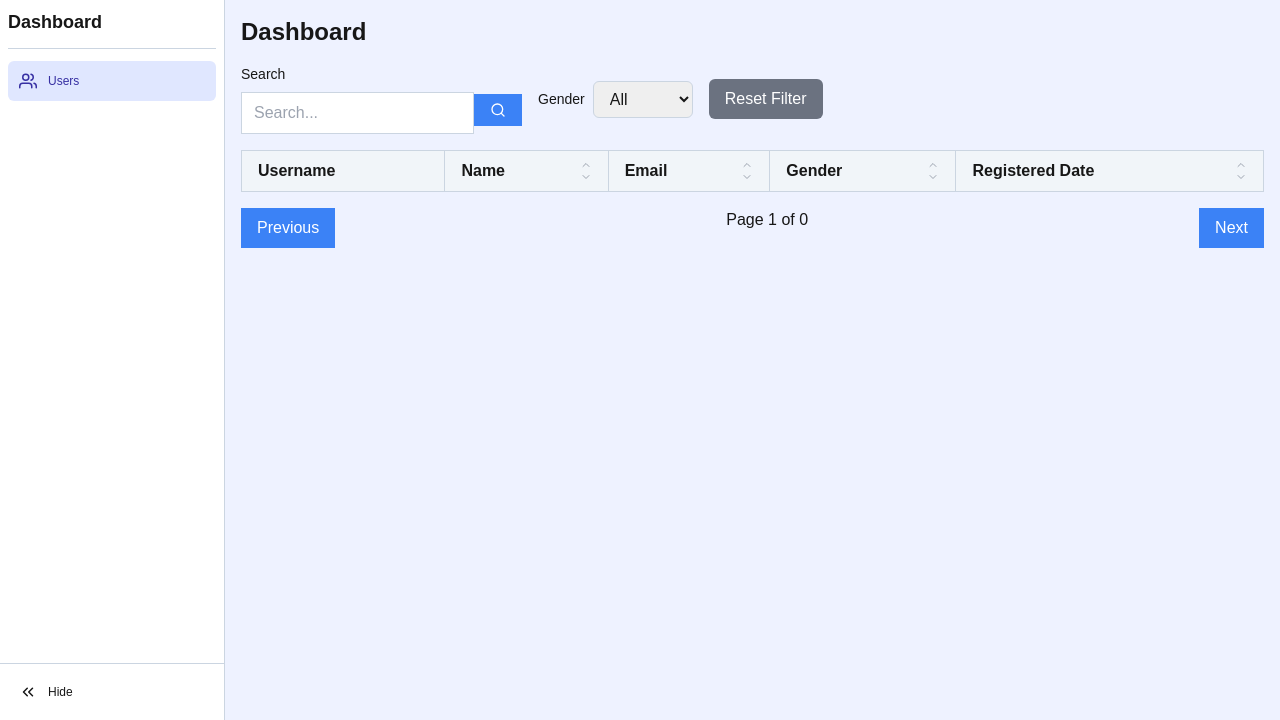
Repository: Ademaulana100499/userdashboard
Page: /
The author's editor kept a copy of each file at every save. The page is drawn from the files as they stood at one save, then again after the next save.
The browser window is 1280 px wide. The pictures show the whole page.
The page's requests for data from a server got no answer. The project was rebuilt for these pictures with package versions that can differ from the ones it lists, and the page was loaded fresh each time. The framework's server and built-in components were replaced by stand-ins that run in the browser. No one was signed in, and anything a server would have sent is missing. Also part of the build but not shown: next.config.mjs.

Above is the page before, as saved 2025-02-14 21:53:40.

### src/pages/index.js
import React from "react";
import Sidebar from "@/components/Sidebar";
import DashboardContent from "@/components/DashboardContent";
const Dashboard = () => {
  return (
    <div className="flex bg-indigo-50">
      <Sidebar />
      <DashboardContent />
    </div>
  );
};

export default Dashboard;

### src/components/Sidebar.jsx
import React, { useState } from "react";
import { FiChevronsRight, FiUsers } from "react-icons/fi";
import { motion } from "framer-motion";
const Sidebar = () => {
  const [open, setOpen] = useState(true);
  const [selected, setSelected] = useState("Users");

  return (
    <motion.nav
      layout
      className="sticky top-0 h-screen shrink-0 border-r border-slate-300 bg-white p-2"
      style={{
        width: open ? "225px" : "fit-content",
      }}>
      <TitleSection open={open} />

      <div className="space-y-1">
        <Option
          Icon={FiUsers}
          title="Users"
          selected={selected}
          setSelected={setSelected}
          open={open}
        />
      </div>

      <ToggleClose open={open} setOpen={setOpen} />
    </motion.nav>
  );
};

const Option = ({ Icon, title, selected, setSelected, open, notifs }) => {
  return (
    <motion.button
      layout
      onClick={() => setSelected(title)}
      className={`relative flex h-10 w-full items-center rounded-md transition-colors ${
        selected === title
          ? "bg-indigo-100 text-indigo-800"
          : "text-slate-500 hover:bg-slate-100"
      }`}>
      <motion.div
        layout
        className="grid h-full w-10 place-content-center text-lg">
        <Icon />
      </motion.div>
      {open && (
        <motion.span
          layout
          initial={{ opacity: 0, y: 12 }}
          animate={{ opacity: 1, y: 0 }}
          transition={{ delay: 0.125 }}
          className="text-xs font-medium">
          {title}
        </motion.span>
      )}

      {notifs && open && (
        <motion.span
          initial={{ scale: 0, opacity: 0 }}
          animate={{
            opacity: 1,
            scale: 1,
          }}
          style={{ y: "-50%" }}
          transition={{ delay: 0.5 }}
          className="absolute right-2 top-1/2 size-4 rounded bg-indigo-500 text-xs text-white">
          {notifs}
        </motion.span>
      )}
    </motion.button>
  );
};

const TitleSection = ({ open }) => {
  return (
    <div className="mb-3 border-b border-slate-300 pb-3">
      <div className="flex cursor-pointer items-center justify-between rounded-md transition-colors hover:bg-slate-100">
        <div className="flex justify-center items-center">
          {open && (
            <motion.div
              layout
              initial={{ opacity: 0, y: 12 }}
              animate={{ opacity: 1, y: 0 }}
              transition={{ delay: 0.125 }}>
              <span className="block text-lg font-semibold">Dashboard</span>
            </motion.div>
          )}
        </div>
      </div>
    </div>
  );
};

const ToggleClose = ({ open, setOpen }) => {
  return (
    <motion.button
      layout
      onClick={() => setOpen((pv) => !pv)}
      className="absolute bottom-0 left-0 right-0 border-t border-slate-300 transition-colors hover:bg-slate-100">
      <div className="flex items-center p-2">
        <motion.div
          layout
          className="grid size-10 place-content-center text-lg">
          <FiChevronsRight
            className={`transition-transform ${open && "rotate-180"}`}
          />
        </motion.div>
        {open && (
          <motion.span
            layout
            initial={{ opacity: 0, y: 12 }}
            animate={{ opacity: 1, y: 0 }}
            transition={{ delay: 0.125 }}
            className="text-xs font-medium">
            Hide
          </motion.span>
        )}
      </div>
    </motion.button>
  );
};

export default Sidebar;

### src/components/DashboardContent.jsx
import { FiChevronUp, FiChevronDown } from "react-icons/fi";
import { useState, useEffect } from "react";
import { FiSearch } from "react-icons/fi";

const DashboardContent = () => {
  const [data, setData] = useState([]);
  const [filteredData, setFilteredData] = useState([]); // For filtered data
  const [sortConfig, setSortConfig] = useState({ key: null, direction: null });
  const [selectedGender, setSelectedGender] = useState("all"); // Gender filter state
  const [searchKeyword, setSearchKeyword] = useState(""); // For search keyword
  const [currentPage, setCurrentPage] = useState(1); // Track current page
  const itemsPerPage = 5; // Number of items to display per page

  const fetchData = async () => {
    try {
      const response = await fetch(`https://randomuser.me/api/?results=10`);
      const result = await response.json();
      setData(result.results);
      setFilteredData(result.results); // Initialize filteredData with all data
    } catch (error) {
      console.error("Error fetching data:", error);
    }
  };

  useEffect(() => {
    fetchData();
  }, []);

  const handleSort = (key) => {
    let direction = "asc";
    if (sortConfig.key === key && sortConfig.direction === "asc") {
      direction = "desc";
    }
    setSortConfig({ key, direction });

    setFilteredData((prevData) =>
      [...prevData].sort((a, b) => {
        const valueA = getNestedValue(a, key);
        const valueB = getNestedValue(b, key);

        if (valueA < valueB) return direction === "asc" ? -1 : 1;
        if (valueA > valueB) return direction === "asc" ? 1 : -1;
        return 0;
      })
    );
  };

  const handleSearch = () => {
    // Filter data based on searchKeyword only when the search button is clicked
    const filtered = data.filter((user) =>
      `${user.name.first} ${user.name.last}`
        .toLowerCase()
        .includes(searchKeyword.toLowerCase())
    );
    setFilteredData(filtered);
  };

  const handleGenderFilter = (gender) => {
    setSelectedGender(gender);
    if (gender === "all") {
      setFilteredData(data); // Show all data if "All" is selected
    } else {
      const filtered = data.filter((user) => user.gender === gender);
      setFilteredData(filtered); // Filter based on selected gender
    }
  };

  const handleResetFilter = () => {
    // Reset filters
    setSelectedGender("all");
    setSearchKeyword("");
    setFilteredData(data); // Reset filtered data to the original
  };

  const getNestedValue = (obj, path) => {
    return path
      .split(".")
      .reduce((acc, key) => (acc && acc[key] ? acc[key] : ""), obj);
  };

  const getSortIconStyle = (key) => {
    return sortConfig.key === key ? "text-black" : "text-gray-400";
  };

  // Paginate the filtered data based on the current page
  const paginateData = (data) => {
    const indexOfLastItem = currentPage * itemsPerPage;
    const indexOfFirstItem = indexOfLastItem - itemsPerPage;
    return data.slice(indexOfFirstItem, indexOfLastItem);
  };

  // Handle page change
  const handlePageChange = (page) => {
    setCurrentPage(page);
  };

  // Calculate total pages based on filtered data
  const totalPages = Math.ceil(filteredData.length / itemsPerPage);

  return (
    <div className="flex-1 p-4">
      <h1 className="text-2xl font-semibold mb-4">Dashboard</h1>
      <div className="flex gap-4 items-center mb-4">
        {/* Search */}
        <div className="flex flex-col  gap-2">
          <label htmlFor="search" className="text-sm">
            Search
          </label>
          <div>
            <input
              type="text"
              id="search"
              value={searchKeyword}
              onChange={(e) => setSearchKeyword(e.target.value)} // Update search keyword
              placeholder="Search..."
              className="border border-slate-300 px-3 py-2"
            />
            <button
              type="button"
              onClick={handleSearch}
              className="bg-blue-500 text-white px-4 py-2  hover:bg-blue-600">
              <FiSearch />
            </button>
          </div>
        </div>

        {/* Gender Filter */}
        <div className="flex items-center gap-2">
          <label htmlFor="gender" className="text-sm">
            Gender
          </label>
          <select
            name="gender"
            id="gender"
            value={selectedGender}
            onChange={(e) => handleGenderFilter(e.target.value)} // Update gender filter
            className="border border-slate-300 rounded-md px-3 py-2">
            <option value="all">All</option>
            <option value="male">Male</option>
            <option value="female">Female</option>
          </select>
        </div>

        {/* Reset Filter Button */}
        <div className="flex items-center">
          <button
            type="button"
            onClick={handleResetFilter}
            className="bg-gray-500 text-white px-4 py-2 rounded-md hover:bg-gray-600 mt-2 md:mt-0">
            Reset Filter
          </button>
        </div>
      </div>

      <table className="min-w-full table-auto border-collapse border border-slate-300 mt-4">
        <thead>
          <tr className="bg-slate-100">
            <th className="border border-slate-300 px-4 py-2 text-left">
              Username
            </th>
            <th className="border border-slate-300 px-4 py-2 text-left">
              <div className="flex justify-between items-center">
                <span>Name</span>
                <div className="flex flex-col items-center">
                  <FiChevronUp
                    onClick={() => handleSort("name.first")}
                    className={`text-xs cursor-pointer ${getSortIconStyle(
                      "name.first"
                    )}`}
                  />
                  <FiChevronDown
                    onClick={() => handleSort("name.first")}
                    className={`text-xs cursor-pointer ${getSortIconStyle(
                      "name.first"
                    )}`}
                  />
                </div>
              </div>
            </th>
            <th className="border border-slate-300 px-4 py-2 text-left">
              <div className="flex justify-between items-center">
                <span>Email</span>
                <div className="flex flex-col items-center">
                  <FiChevronUp
                    onClick={() => handleSort("email")}
                    className={`text-xs cursor-pointer ${getSortIconStyle(
                      "email"
                    )}`}
                  />
                  <FiChevronDown
                    onClick={() => handleSort("email")}
                    className={`text-xs cursor-pointer ${getSortIconStyle(
                      "email"
                    )}`}
                  />
                </div>
              </div>
            </th>
            <th className="border border-slate-300 px-4 py-2 text-left">
              <div className="flex justify-between items-center">
                <span>Gender</span>
                <div className="flex flex-col items-center">
                  <FiChevronUp
                    onClick={() => handleSort("gender")}
                    className={`text-xs cursor-pointer ${getSortIconStyle(
                      "gender"
                    )}`}
                  />
                  <FiChevronDown
                    onClick={() => handleSort("gender")}
                    className={`text-xs cursor-pointer ${getSortIconStyle(
                      "gender"
                    )}`}
                  />
                </div>
              </div>
            </th>
            <th className="border border-slate-300 px-4 py-2 text-left">
              <div className="flex justify-between items-center">
                <span>Registered Date</span>
                <div className="flex flex-col items-center">
                  <FiChevronUp
                    onClick={() => handleSort("registered.date")}
                    className={`text-xs cursor-pointer ${getSortIconStyle(
                      "registered.date"
                    )}`}
                  />
                  <FiChevronDown
                    onClick={() => handleSort("registered.date")}
                    className={`text-xs cursor-pointer ${getSortIconStyle(
                      "registered.date"
                    )}`}
                  />
                </div>
              </div>
            </th>
          </tr>
        </thead>
        <tbody>
          {paginateData(filteredData).map((user, index) => (
            <tr key={index} className="hover:bg-slate-50">
              <td className="border border-slate-300 px-4 py-2">
                {user.login.username}
              </td>
              <td className="border border-slate-300 px-4 py-2">
                {user.name.title} {user.name.first} {user.name.last}
              </td>
              <td className="border border-slate-300 px-4 py-2">
                {user.email}
              </td>
              <td className="border border-slate-300 px-4 py-2">
                {user.gender}
              </td>
              <td className="border border-slate-300 px-4 py-2">
                {new Date(user.registered.date)
                  .toLocaleString("id-ID", {
                    day: "2-digit",
                    month: "2-digit",
                    year: "numeric",
                    hour: "2-digit",
                    minute: "2-digit",
                  })
                  .replace(",", "")
                  .replace("/", "-")
                  .replace("/", "-")
                  .replace(".", ":")}
              </td>
            </tr>
          ))}
        </tbody>
      </table>

      {/* Pagination controls */}
      <div className="flex justify-between mt-4">
        <button
          onClick={() => handlePageChange(currentPage - 1)}
          disabled={currentPage === 1}
          className="px-4 py-2 bg-blue-500 text-white">
          Previous
        </button>
        <span>
          Page {currentPage} of {totalPages}
        </span>
        <button
          onClick={() => handlePageChange(currentPage + 1)}
          disabled={currentPage === totalPages}
          className="px-4 py-2 bg-blue-500 text-white">
          Next
        </button>
      </div>
    </div>
  );
};

export default DashboardContent;

Loaded but not shown: src/pages/_app.js (common file); src/pages/_document.js (common file); src/styles/globals.css (common file); tailwind.config.mjs (common file)

After the next save:
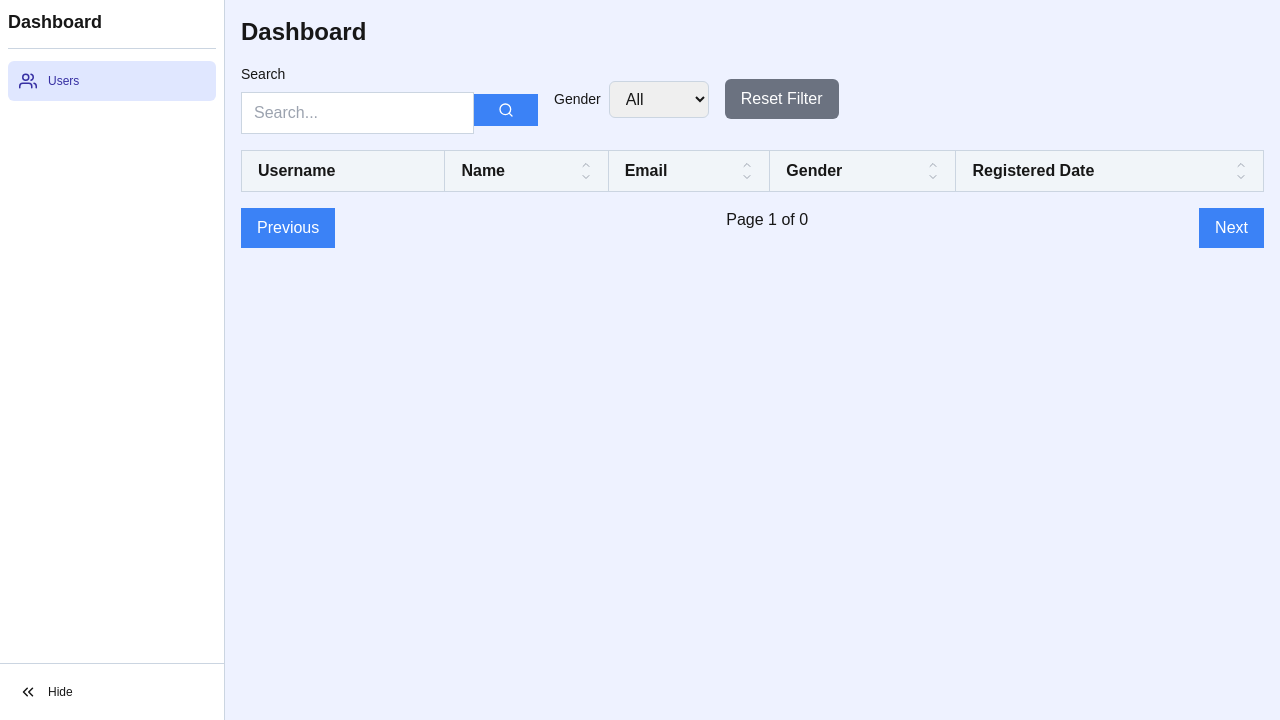
Saved 37 s later.
--- a/src/components/DashboardContent.jsx
+++ b/src/components/DashboardContent.jsx
@@ -118,7 +118,7 @@ const DashboardContent = () => {
             <button
               type="button"
               onClick={handleSearch}
-              className="bg-blue-500 text-white px-4 py-2  hover:bg-blue-600">
+              className="bg-blue-500 text-white px-6 py-2  hover:bg-blue-600">
               <FiSearch />
             </button>
           </div>
